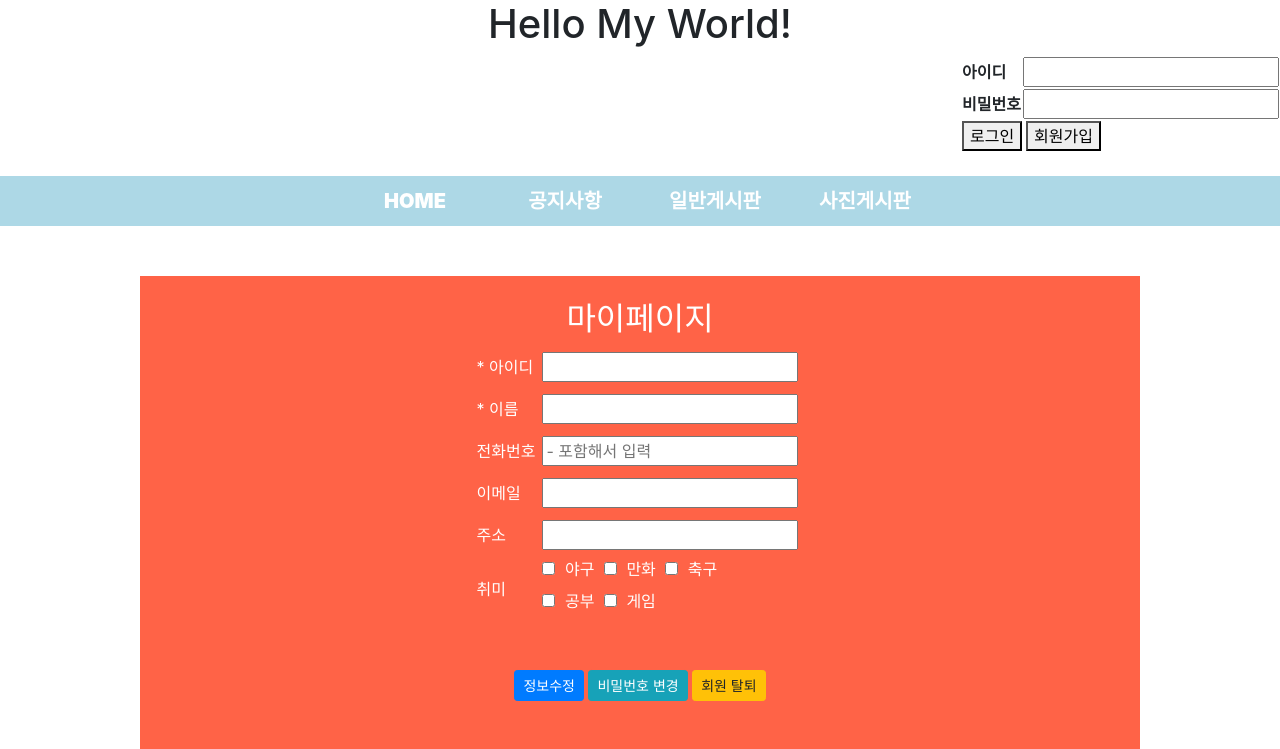
Repository: Developer-Choi-Jae-Young/FrameworkPractice
Page: http://localhost/mybatisProject/myPage.me
The author's editor kept a copy of each file at every save. The page is drawn from the files as they stood at one save, then again after the next save.
The browser window is 1280 px wide. The pictures show the whole page.
The page is served by Tomcat 9.

Above is the page before, as saved 2024-09-04 06:10:26.

After the next save:
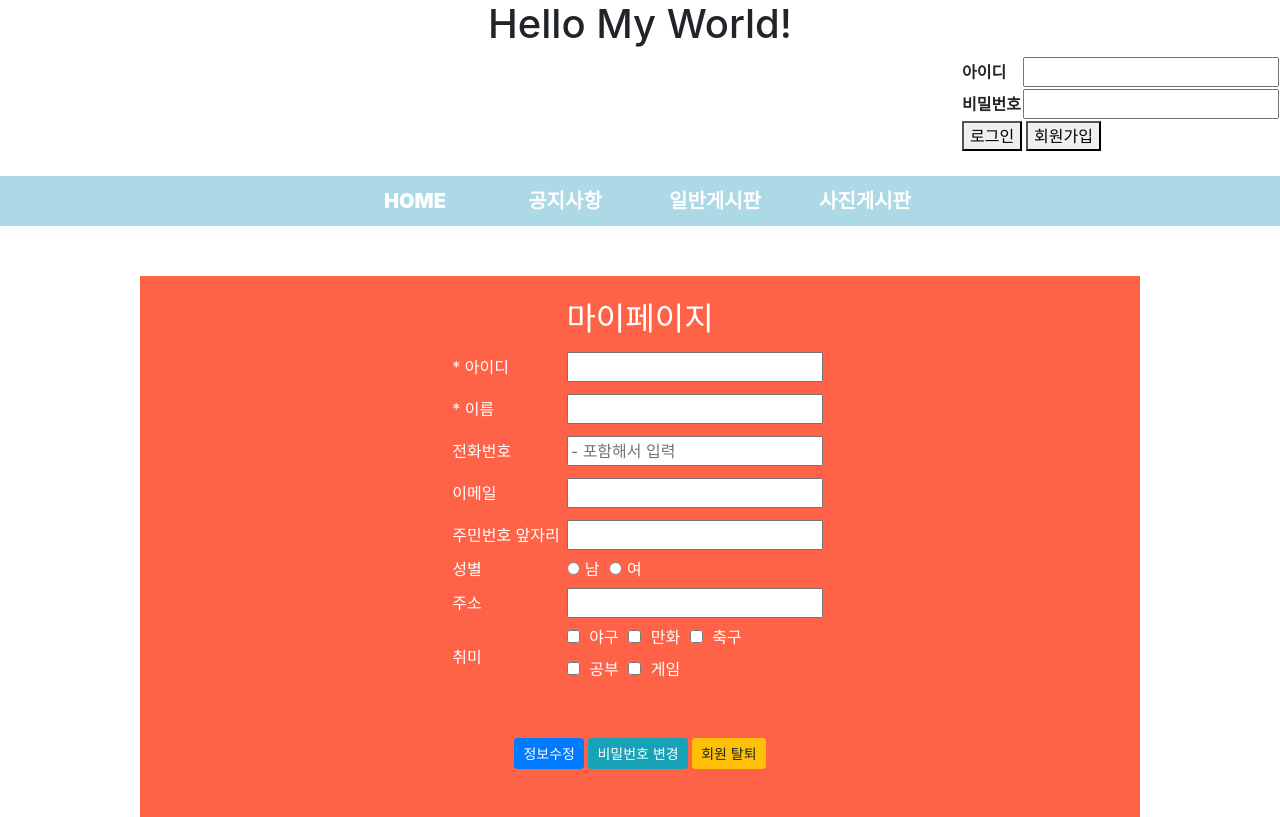
Saved 62 s later.
--- a/mybatis/mybatisProject/webapp/WEB-INF/views/member/myPage.jsp
+++ b/mybatis/mybatisProject/webapp/WEB-INF/views/member/myPage.jsp
@@ -57,6 +57,19 @@
 					<td>이메일</td>
 					<td>
 						<input type="email" name="email" value="${ sessionScope.loginUser.email }">
+					</td>
+				</tr>
+				<tr>
+					<td>주민번호 앞자리</td>
+					<td>
+						<input type="text" name="birthday">
+					</td>
+				</tr>
+				<tr>
+					<td>성별</td>
+					<td>
+						<input type="radio" name="gender" value="M">남
+						<input type="radio" name="gender" value="F">여
 					</td>
 				</tr>
 				<tr>
